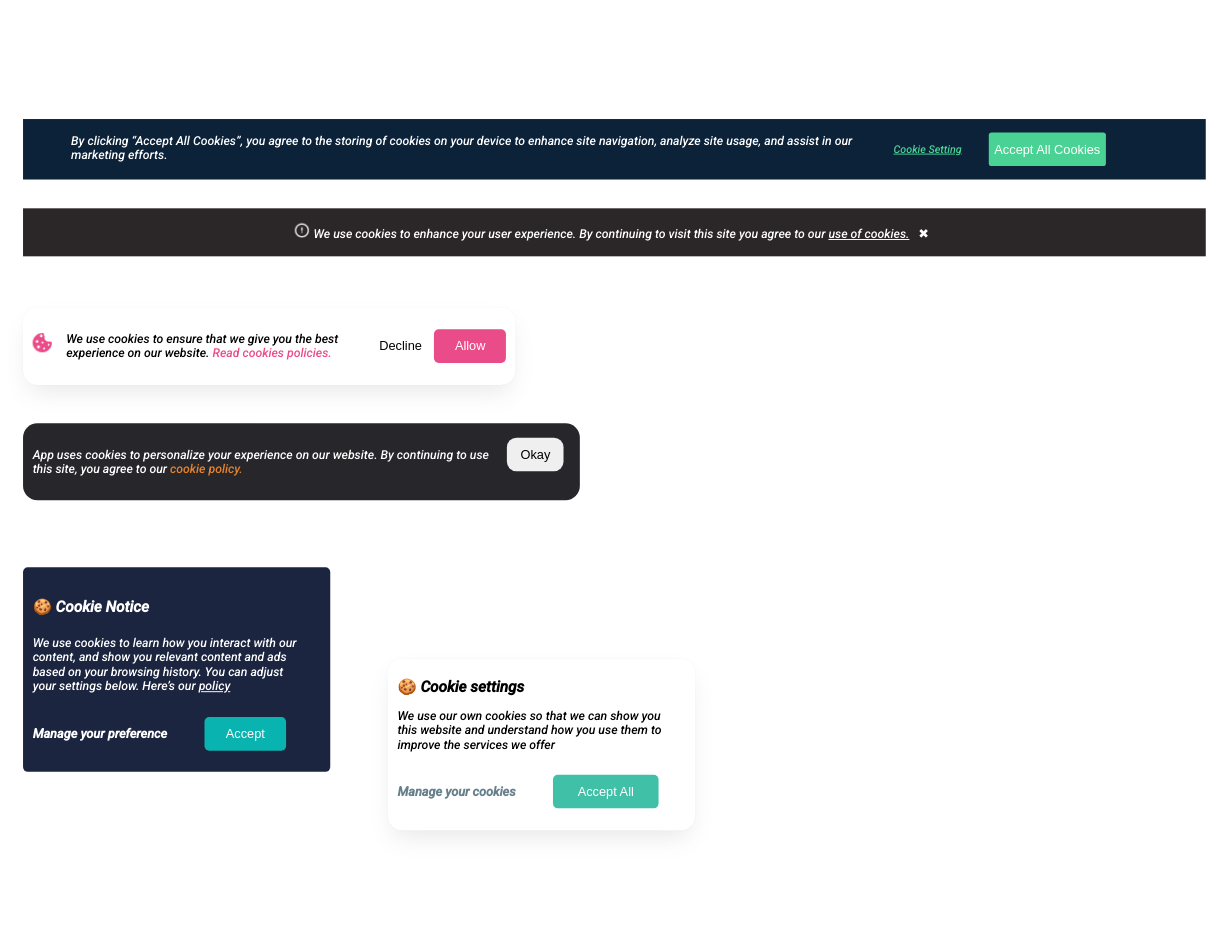
Repository: batonAnton/cursor_cookies_lectr3
Page: index.html
The author's editor kept a copy of each file at every save. The page is drawn from the files as they stood at one save, then again after the next save.
The browser window is 1280 px wide. The pictures show the whole page, at 96% of full size.

Above is the page before, as saved 2022-06-01 14:46:11.

### index.html
<!DOCTYPE html>
<html lang="en">
<head>
    <meta charset="UTF-8">
    <meta http-equiv="X-UA-Compatible" content="IE=edge">
    <meta name="viewport" content="width=device-width, initial-scale=1.0">
    <link rel="preconnect" href="https://fonts.googleapis.com">
    <link rel="preconnect" href="https://fonts.gstatic.com" crossorigin>
    <link href="https://fonts.googleapis.com/css2?family=Roboto:ital,wght@1,500&display=swap" rel="stylesheet">
    <link rel="stylesheet" href="/css/style.css">
    <title>Cookie Banner</title>
</head>
<body>
    <div class="container">
        <div class="banner_1">
            <p>By clicking “Accept All Cookies”, you agree to the storing of cookies on your device to enhance site navigation, analyze site usage, and assist in our <br> marketing efforts.</p>
            <a href="#">cookie setting</a>
            <button>accept all cookies</button>
        </div>

        <div class="banner_2">
            <p> <img src="/images/exclamation mark.png" alt="mark"> We use cookies to enhance your user experience. By continuing to visit this site you agree to our <span class="under_span">use of cookies.</span>
                <button><span>&#10006</span></button>
            </div></p>
        </div>

        <div class="banner_3">
            <img src="/images/pink_cookies.png" alt="img cookies">
            <p>We use cookies to ensure that we give you the best <br> experience on our website. <a href="#">Read cookies policies.</a> </p>
            <button class="false_btn">decline</button>
            <button class="true_btn">allow</button>
        </div>

        <div class="banner_4">
            <p>App uses cookies to personalize your experience on our website. By continuing to use <br> this site, you agree to our  <a href="#">cookie policy.</a></p>
            <button>okay</button>
        </div>

        <div class="banner_5">
            <h4>🍪 Cookie Notice</h4>
            <p>We use cookies to learn how you interact with our <br> content, and show you relevant content and ads <br> based on your browsing history. You can adjust <br> your settings below. Here’s our <a href="#">policy</a></p>
            <h5>Manage your preference </h5>
            <button>accept</button>
        </div>

        <div class="banner_6">
            <h4>🍪 Cookie settings</h4>
            <p>We use our own cookies so that we can show you <br> this website and understand how you use them to <br> improve the services we offer</p>
            <h5>Manage your cookies </h5>
            <button>accept all</button>
        </div>
    </div>
</body>
</html>

### css/style.css
body {
  margin: 124px 24px;
  font-family: "Roboto", sans-serif;
}
p {
  font-size: 0.8rem;
}

.banner_1 {
  width: 100%;
  display: inline-flex;
  background-color: #0b2239;
}

.banner_1 p {
  color: #ffffff;
  margin: 15px 15px 15px 50px;
}

.banner_1 a {
  color: #4ad295;
  margin: 25px 28px;
  font-size: 0.7rem;
  text-transform: capitalize;
}

.banner_1 button {
  color: #ffffff;
  background-color: #4ad295;
  margin: 14px 50px 0px 0px;
  height: 35px;
  text-transform: capitalize;
  border-radius: 3px;
  border: none;
  cursor: pointer;
}

.banner_2 {
  width: 100%;
  margin-top: 30px;
  background-color: #2b2627;
  display: inline-flex;
}

.banner_2 p {
  color: #ffffff;
  margin: 15px auto;
}

.banner_2 button {
  border: none;
  color: #ffffff;
  background-color: #2b2627;
}

.under_span {
  text-decoration: underline;
}

.banner_3 {
  display: inline-flex;
  margin-top: 40px;
  margin-bottom: 40px;
  border-radius: 15px;
  padding: 10px;
  background: #ffffff;
  box-shadow: 0px 12px 24px -6px rgba(96, 96, 96, 0.15),
    0px 0px 1px rgba(96, 96, 96, 0.1);
}

.banner_3 p {
  margin: 15px;
}

.banner_3 img {
  height: 20px;
  margin-top: 17px;
}

.banner_3 a {
  color: #ea4c89;
  text-decoration: none;
}

.false_btn {
  background-color: white;
  border: none;
  text-transform: capitalize;
  margin: 13px 0 13px 15px;
  height: 35px;
  width: 70px;
  cursor: pointer;
}

.true_btn {
  background-color: #ea4c89;
  border: none;
  border-radius: 5px;
  text-transform: capitalize;
  margin: 13px 0 13px 0px;
  height: 35px;
  width: 75px;
  color: #ffffff;
  cursor: pointer;
}

.banner_4 {
  background-color: #26262b;
  color: #ffffff;
  border-radius: 15px;
  padding: 10px;
  display: block;
  width: 560px;
  margin-bottom: 70px;
}

.banner_4 p {
  margin: 15px auto;
  display: inline-flex;
}

.banner_4 a {
  display: contents;
  color: #e6842e;
}

.banner_4 button {
  margin-left: 15px;
  border-radius: 10px;
  width: 59px;
  height: 35px;
  text-transform: capitalize;
  border: none;
}

.banner_5,
.banner_6 h4 {
  margin: 10px 0px;
}

.banner_5 {
  width: 300px;
  background-color: #1c2540;
  color: #ffffff;
  padding: 10px;
  border-radius: 5px;
}

.banner_5 a {
  color: #ffffff;
}

h5 {
  display: inline-flex;
}

.banner_5 button {
  background-color: #09b3af;
  border-radius: 5px;
  border: none;
  margin-left: 35px;
  text-transform: capitalize;
  height: 35px;
  width: 85px;
  color: #ffffff;
}

.banner_6 {
  border-radius: 15px;
  padding: 10px;
  background: #ffffff;
  box-shadow: 0px 12px 24px -6px rgba(96, 96, 96, 0.15),
    0px 0px 1px rgba(96, 96, 96, 0.1);
  display: inline-block;
  width: 300px;
  margin-left: 380px;
  margin-top: -230px;
}

.banner_6 button {
  background-color: #40c1a7;
  border-radius: 5px;
  border: none;
  margin-left: 35px;
  text-transform: capitalize;
  height: 35px;
  width: 110px;
  color: #ffffff;
}

.banner_6 h5 {
  color: #687f8c;
}

After the next save:
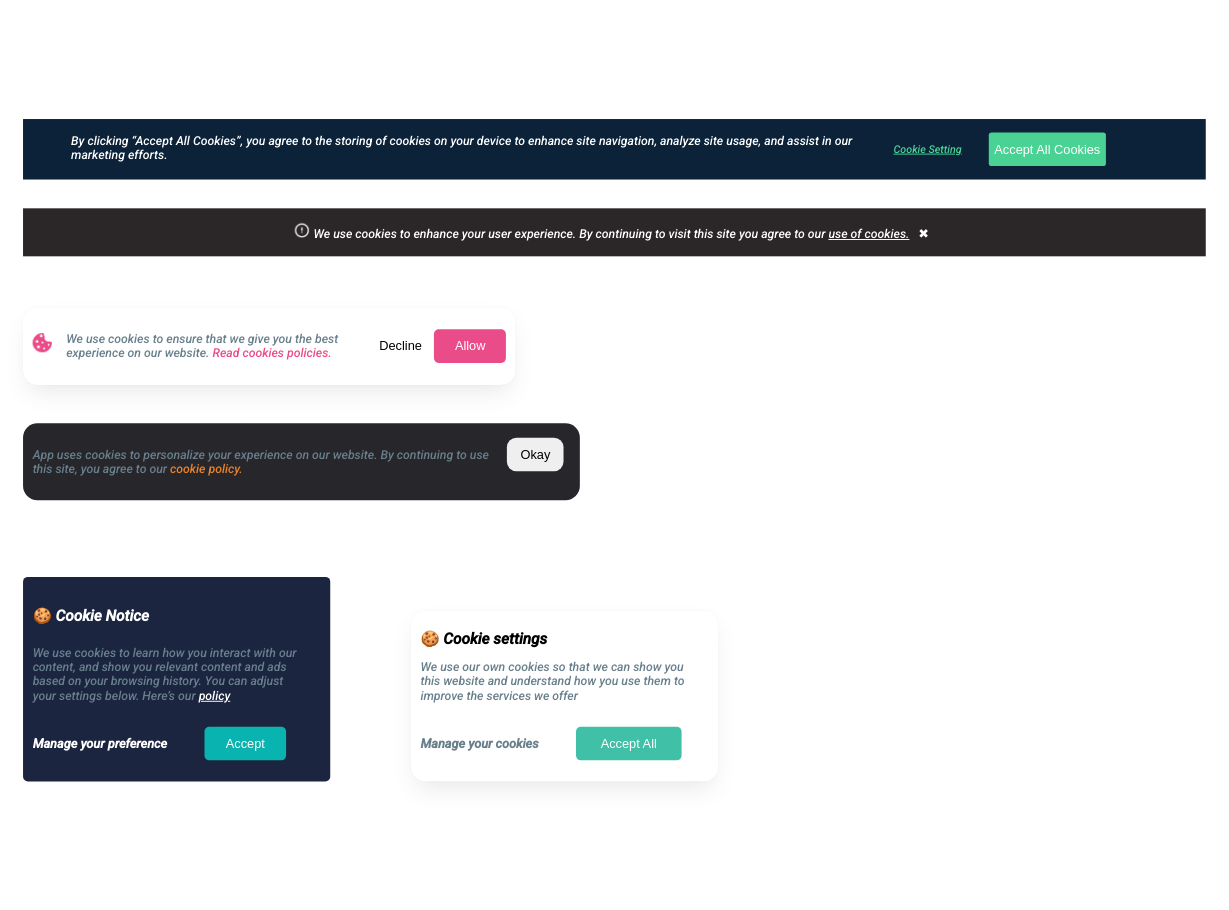
Saved 5 min 21 s later.
--- a/css/style.css
+++ b/css/style.css
@@ -144,6 +144,7 @@ p {
   color: #ffffff;
   padding: 10px;
   border-radius: 5px;
+  display: inline-block;
 }
 
 .banner_5 a {
@@ -173,8 +174,7 @@ h5 {
     0px 0px 1px rgba(96, 96, 96, 0.1);
   display: inline-block;
   width: 300px;
-  margin-left: 380px;
-  margin-top: -230px;
+  margin-left: 80px;
 }
 
 .banner_6 button {
@@ -188,6 +188,7 @@ h5 {
   color: #ffffff;
 }
 
-.banner_6 h5 {
+.banner_6 h5,
+p {
   color: #687f8c;
 }
